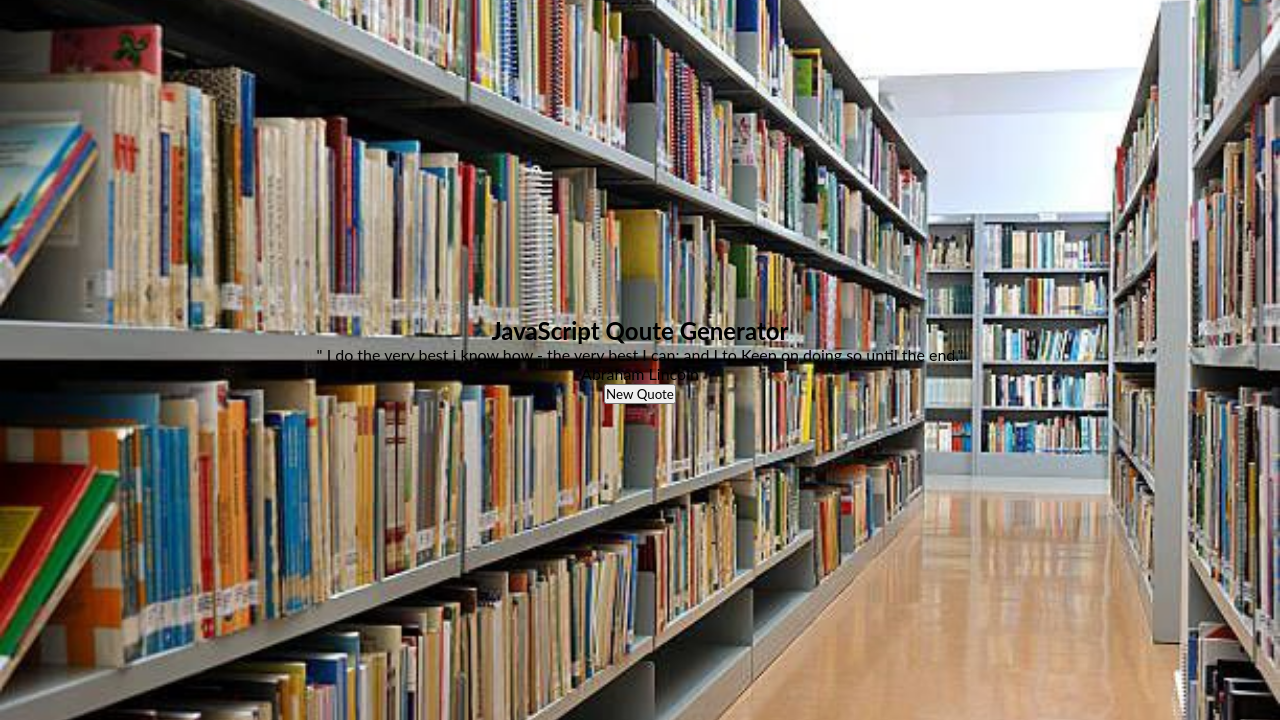
Repository: wakoya-tech/react-project
Page: Desktop/shaakala/pro/index.html
The author's editor kept a copy of each file at every save. The page is drawn from the files as they stood at one save, then again after the next save.
The browser window is 1280 px wide. The pictures show the whole page.
Some web libraries are served in a nearby version.

Above is the page before, as saved 2025-08-30 14:11:09.

After the next save:
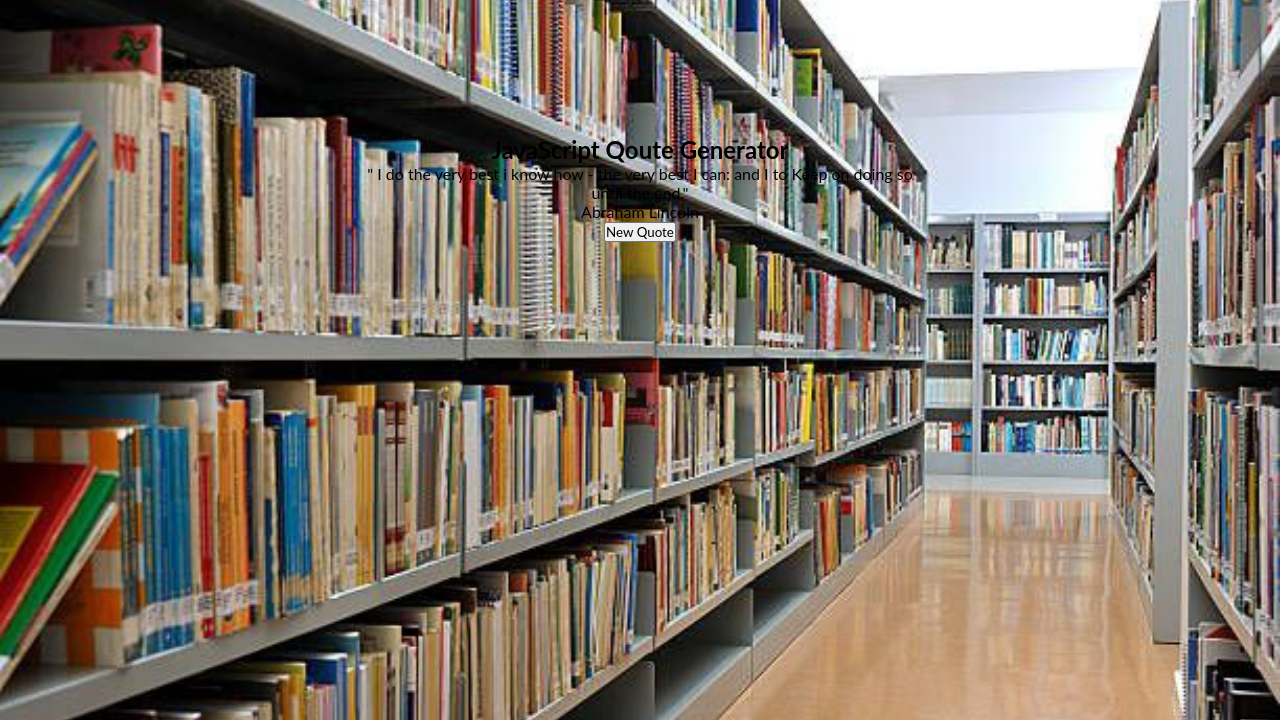
Saved 29 s later.
--- a/Desktop/shaakala/pro/style.css
+++ b/Desktop/shaakala/pro/style.css
@@ -13,7 +13,7 @@ body {
     text-align: center;
     background: url(../img/img.jpg) no-repeat center center/ cover;
 }
-.conatiner {
+.container {
     width: 550px;
     height: 450px;
 }
